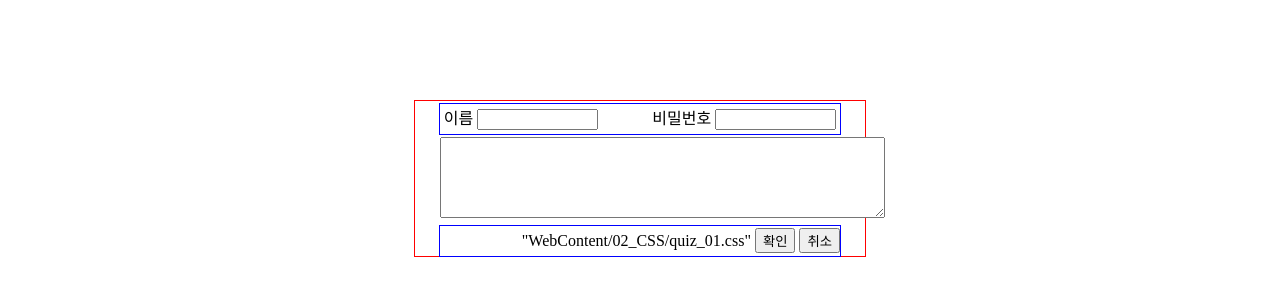
Repository: chanhok95/webpage
Page: webTesting/WebContent/02_CSS/quiz_01.html
The author's editor kept a copy of each file at every save. The page is drawn from the files as they stood at one save, then again after the next save.
The browser window is 1280 px wide. The pictures show the whole page.

Above is the page before, as saved 2019-10-29 07:37:20.

### webTesting/WebContent/02_CSS/quiz_01.html
<!DOCTYPE html>
<html>
<head>
<meta charset="UTF-8">
<title>방명록</title>
<!-- CSS 링크 -->
<link rel="stylesheet" href="quiz_01.css" />
</head>
<body>							<!-- 행단위 -->
	<div align="center" style="margin: 100px auto;" >
		<form action="#" method="get"> <!-- 데이터가 넘어가야되기때문에 form태그 -->
			<div class="title">
			<span>이름</span>
			<input type="text" name="irum" size="12" />

			<span style="margin-left: 50px;">비밀번호</span>
			<input type="password" name="pwd" size="12" />

			</div>

			<div class="content">
			<textarea rows="5" cols="53" name="message"></textarea>

			</div>

			<div class="title" style="text-align: right;">"WebContent/02_CSS/quiz_01.css"
				<input type="submit" value="확인">
				<input type="reset" value="취소">
			</div>



		</form>


	</div>
</body>
</html>

### webTesting/WebContent/02_CSS/quiz_01.css
@charset "UTF-8";

form{
	border: solid 1px red;
	width: 450px;
	height: 155px;
}
span{
}

.title{
	border: solid 1px blue;
	width: 400px;
	height: 30px;

	text-align: center;
	line-height: 30px;
	margin: 2px 0px;


}
.content{
	border: solid 0px yellow;
	width: 400px; height: 86px;
	margin: 2px 0px;


}

After the next save:
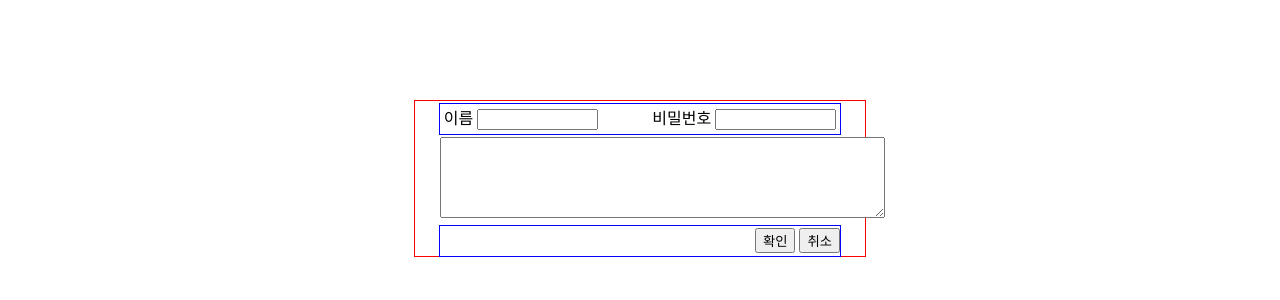
Saved 2 min 31 s later.
--- a/webTesting/WebContent/02_CSS/quiz_01.html
+++ b/webTesting/WebContent/02_CSS/quiz_01.html
@@ -23,7 +23,7 @@
 
 			</div>
 
-			<div class="title" style="text-align: right;">"WebContent/02_CSS/quiz_01.css"
+			<div class="title" style="text-align: right;">
 				<input type="submit" value="확인">
 				<input type="reset" value="취소">
 			</div>
